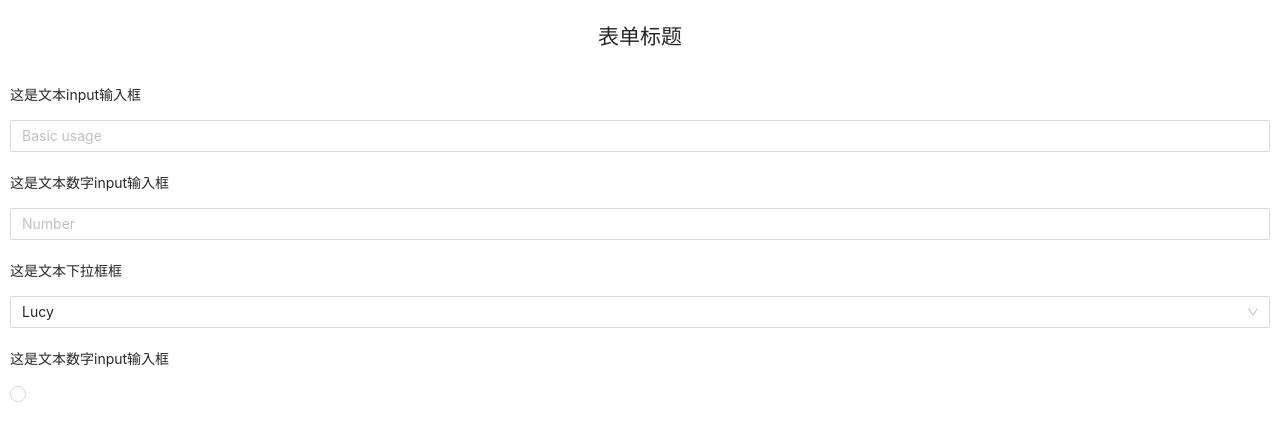
Repository: yangdi1993/form
Page: /
These files come from the project's save history. The page is drawn as it stood at one moment and after a run of saves; the edit follows.
The browser window is 1280 px wide. The pictures show the whole page.
The project was rebuilt for these pictures with package versions that can differ from the ones it lists, and the page was loaded fresh each time.

Above is the page before, as saved 2020-04-02 11:05:00.

After the next 5 saves:
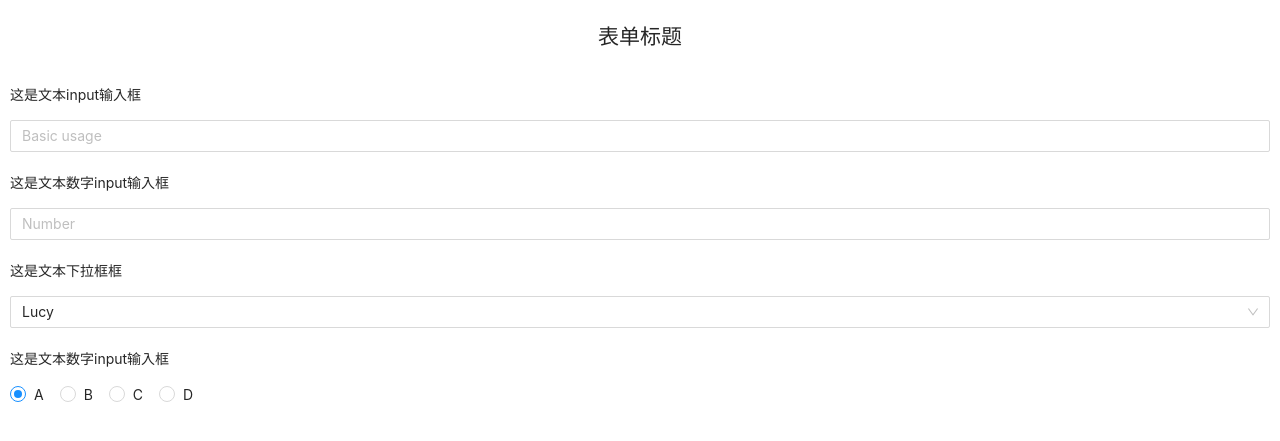
The 5 saves are shown as one change because 1 did not build or start and some came seconds apart.
The last was saved 104 s later.
--- a/src/App.js
+++ b/src/App.js
@@ -32,7 +32,12 @@ class App extends React.Component {
           </div>
           <div className="question-cell">
             <p className="numinput-title">这是文本数字input输入框</p>
-            <Radio min={1} max={10} placeholder="Number"  className="number-input" />
+            <Radio.Group onChange={this.onChange} value={this.state.value}>
+              <Radio value={1}>A</Radio>
+              <Radio value={2}>B</Radio>
+              <Radio value={3}>C</Radio>
+              <Radio value={4}>D</Radio>
+            </Radio.Group>
           </div>
         </div>
         <div className="form-submit">
